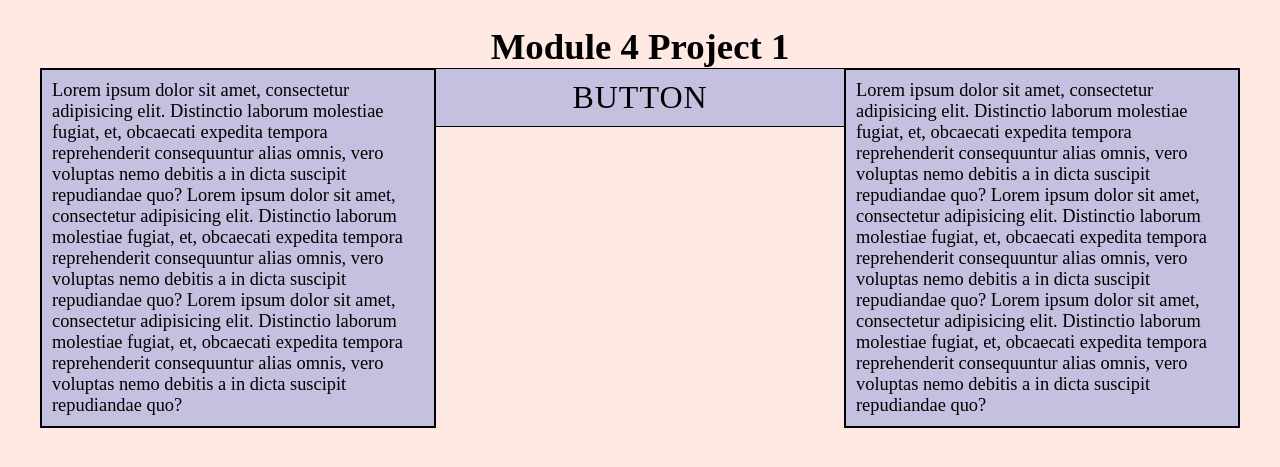
Repository: mlmEFSC21/P6-External-Style-Sheet
Page: index.html
These files come from the project's save history. The page is drawn as it stood at one moment and after the next save; the edit follows.
The browser window is 1280 px wide. The pictures show the whole page.

Above is the page before, as saved 2022-02-13 17:26:23.

### index.html
<!DOCTYPE html>
<html lang="en">
    <head>
        <meta charset="UTF-8" />
        <meta http-equiv="X-UA-Compatible" content="IE=edge" />
        <meta name="viewport" content="width=device-width, initial-scale=1.0" />
        <link rel="stylesheet" href="Styles.css" />
        <title>External Style Sheets</title>
    </head>
    <header><h1>Module 4 Project 1</h1></header>
    <body>
        <div class="floatContainer">
            <div>
                <p class="p1">
                    Lorem ipsum dolor sit amet, consectetur adipisicing elit. Distinctio laborum
                    molestiae fugiat, et, obcaecati expedita tempora reprehenderit consequuntur
                    alias omnis, vero voluptas nemo debitis a in dicta suscipit repudiandae quo?
                    Lorem ipsum dolor sit amet, consectetur adipisicing elit. Distinctio laborum
                    molestiae fugiat, et, obcaecati expedita tempora reprehenderit consequuntur
                    alias omnis, vero voluptas nemo debitis a in dicta suscipit repudiandae quo?
                    Lorem ipsum dolor sit amet, consectetur adipisicing elit. Distinctio laborum
                    molestiae fugiat, et, obcaecati expedita tempora reprehenderit consequuntur
                    alias omnis, vero voluptas nemo debitis a in dicta suscipit repudiandae quo?
                </p>
            </div>
            <div>
                <p class="p2">
                    Lorem ipsum dolor sit amet, consectetur adipisicing elit. Distinctio laborum
                    molestiae fugiat, et, obcaecati expedita tempora reprehenderit consequuntur
                    alias omnis, vero voluptas nemo debitis a in dicta suscipit repudiandae quo?
                    Lorem ipsum dolor sit amet, consectetur adipisicing elit. Distinctio laborum
                    molestiae fugiat, et, obcaecati expedita tempora reprehenderit consequuntur
                    alias omnis, vero voluptas nemo debitis a in dicta suscipit repudiandae quo?
                    Lorem ipsum dolor sit amet, consectetur adipisicing elit. Distinctio laborum
                    molestiae fugiat, et, obcaecati expedita tempora reprehenderit consequuntur
                    alias omnis, vero voluptas nemo debitis a in dicta suscipit repudiandae quo?
                </p>
            </div>
        </div>
        <div class="button"><a href="" class="button">Button</a></div>
    </body>
</html>

### Styles.css
:root {
    /* --clr-font: black; */
    --clr-background: #ffe9e3;
    --clr-buttonBG: #c4c1e0;
    --clr-buttonHover: #7c73e6;
}
*,
*::before,
*::after {
    margin: 0;
    padding: 0;
    box-sizing: border-box;
}
header {
    text-align: center;
}
body {
    background-color: var(--clr-background);
    color: black;
    margin: 10px 25px;
    padding: 15px;
    font-size: 1.15rem;
}
p {
    margin-bottom: 15px;
    padding: 10px;
    background-color: var(--clr-buttonBG);
}
.p1 {
    border: 2px solid black;
    float: left;
    width: 33%;
}
.p2 {
    border: 2px solid black;
    float: right;
    width: 33%;
}
.p2::after {
    content: "";
    /* clear: both; */
}
div.button {
    text-align: center;
}
a {
    text-decoration: none;
}
a.button {
    display: block;
    padding: 10px;
    border: 1px solid black;
    border-radius: 4px;
    font-size: 2rem;
    text-transform: uppercase;
    letter-spacing: 1px;
    background-color: var(--clr-buttonBG);
    color: var(--clr-button);
}
a.button:hover {
    background-color: var(--clr-buttonHover);
    color: white;
    cursor: pointer;
}

After the next save:
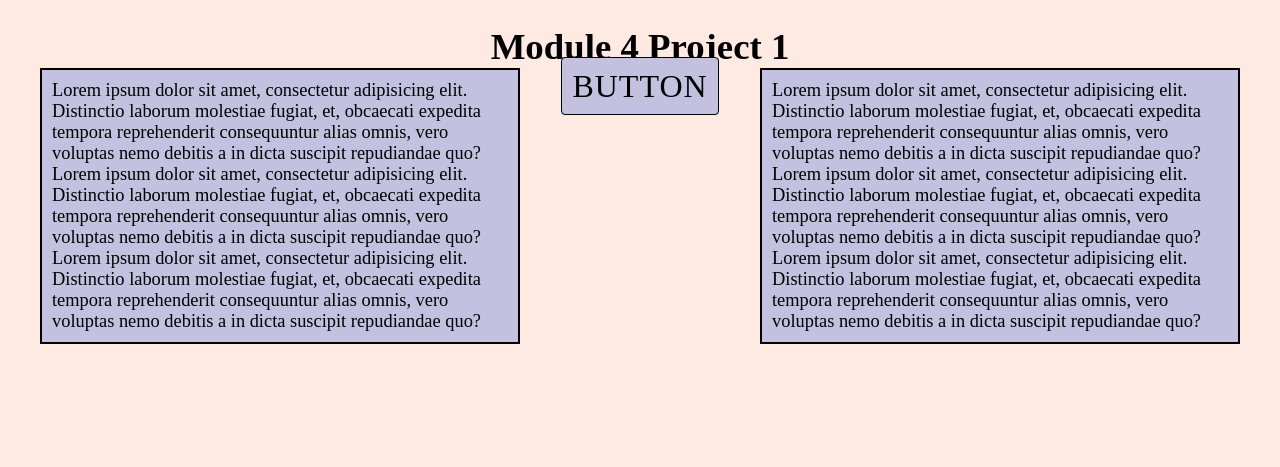
Saved 2 min 0 s later.
--- a/Styles.css
+++ b/Styles.css
@@ -29,12 +29,12 @@ p {
 .p1 {
     border: 2px solid black;
     float: left;
-    width: 33%;
+    width: 40%;
 }
 .p2 {
     border: 2px solid black;
     float: right;
-    width: 33%;
+    width: 40%;
 }
 .p2::after {
     content: "";
@@ -47,7 +47,6 @@ a {
     text-decoration: none;
 }
 a.button {
-    display: block;
     padding: 10px;
     border: 1px solid black;
     border-radius: 4px;
